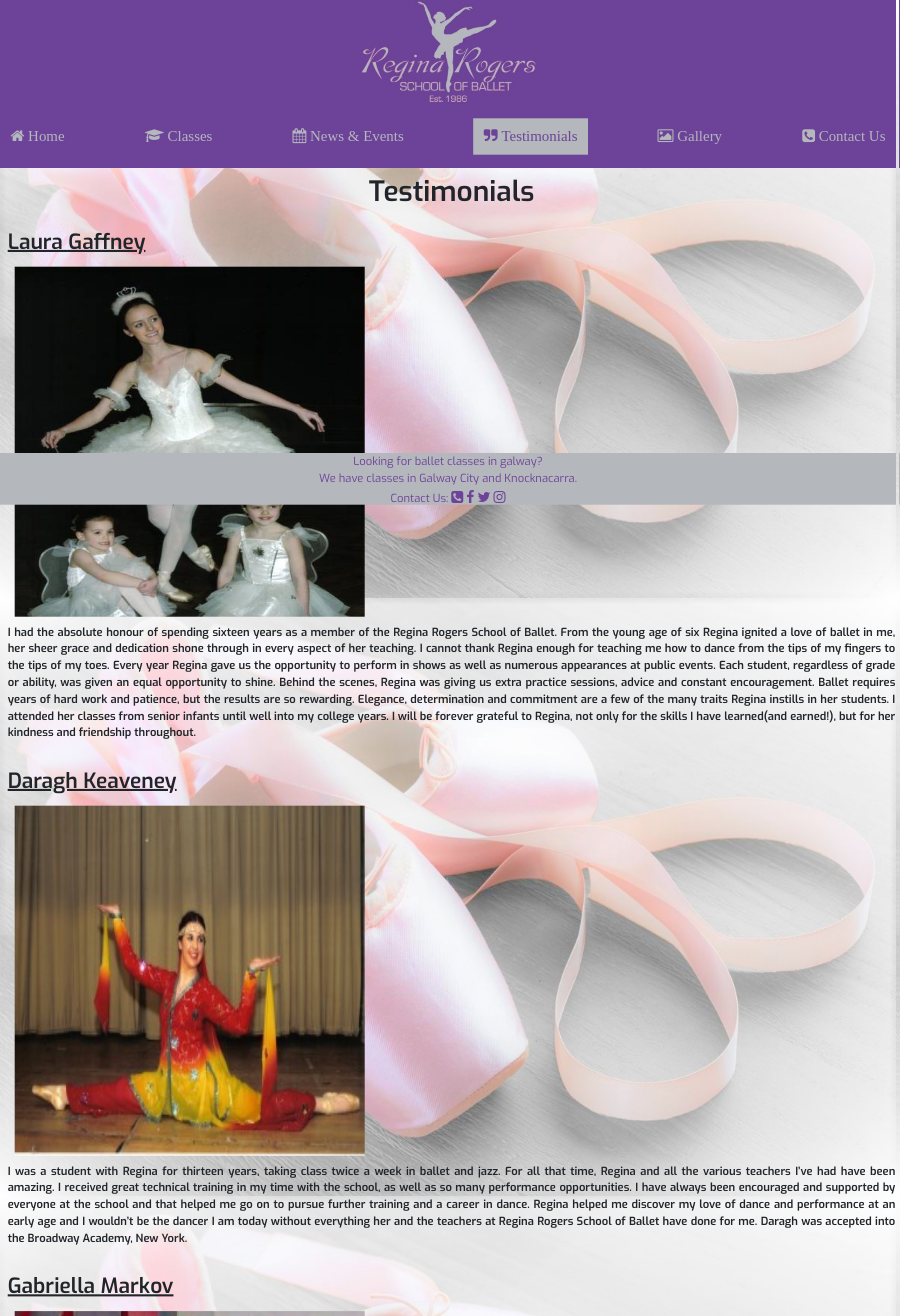
Repository: davidtmiller2010/galwayballet
Page: Testimonial.html
The author's editor kept a record of every edit. The page is drawn from the files as they stood at one moment, then again after the next edit.
The browser window is 1280 px wide. The page is 1285 px wide, then 1280 px, so the pictures cover 1285 px, including what lies to the right of the window. The pictures show the part of the page from y = 0 to 1880 px (the page is 3294 px tall before and 3219 px after), at 70% of full size.

Above is the page before.

### Testimonial.html
<!DOCTYPE html>
<html lang="en">

<head>
    <meta charset="UTF-8">
    <meta name="viewport" content="width=device-width, initial-scale=1.0">
    <meta http-equiv="X-UA-Compatible" content="ie=edge">
    <link rel="stylesheet" href="https://stackpath.bootstrapcdn.com/bootstrap/4.3.1/css/bootstrap.min.css" type="text/css" />
    <link rel="stylesheet" href="https://stackpath.bootstrapcdn.com/font-awesome/4.7.0/css/font-awesome.min.css" type="text/css" />
    <link rel="stylesheet" href="assets/CSS/style1.css" type="text/css" />
    <link href="https://fonts.googleapis.com/css?family=Exo|Roboto" rel="stylesheet">
    <link href="https://fonts.googleapis.com/css?family=Dancing+Script" rel="stylesheet">
    <title>Regina Rogers</title>
</head>

<body>
    <header>
        <div>
            <li><i class="bars fa fa-bars"> MENU </i></li>
            <div class="logo">
            <!---logo--->
        </div>
        </div>
        <div>
            <ul class="navbar">
                <li><a href="index.html" class=" col-12  col-2"><i class="fa fa-home fa-lg"> Home</i></a></li>
                <li><a href="Classes.html" class=" col-12  col-2"><i class="fa fa-graduation-cap fa-lg"> Classes</i></a></li>
                <li><a href="News.html" class=" col-12  col-2"><i class="fa fa-calendar fa-lg"> News & Events</i></a></li>
                <li><a href="Testimonial.html" class="active col-12  col-2"><i class="fa fa-quote-right fa-lg"> Testimonials</i></a></li>
                <li><a href="Gallery.html" class=" col-12  col-2"><i class="fa fa-image fa-lg"> Gallery</i></a></li>
                <li><a href="Contact.html" class=" col-12  col-2"><i class="fa fa-phone-square fa-lg"> Contact Us</i></a></li>
            </ul>
            </div>
    </header>
    <section class="container-fluid">
        <h2 class=heading>Testimonials</h2>
        <div class="row">
            <div class="testimonials">
                <h5 class="testhead">Laura Gaffney</h5>
                <img src="assets/images/laura.jpg" class="image">
                <p>I had the absolute honour of spending sixteen years as a member of the Regina Rogers School of Ballet. From the young age of six Regina ignited a love of ballet in me, her sheer grace and dedication shone through in every aspect of her
                    teaching. I cannot thank Regina enough for teaching me how to dance from the tips of my fingers to the tips of my toes. Every year Regina gave us the opportunity to perform in shows as well as numerous appearances at public events.
                    Each student, regardless of grade or ability, was given an equal opportunity to shine. Behind the scenes, Regina was giving us extra practice sessions, advice and constant encouragement. Ballet requires years of hard work and patience,
                    but the results are so rewarding. Elegance, determination and commitment are a few of the many traits Regina instills in her students. I attended her classes from senior infants until well into my college years. I will be forever grateful
                    to Regina, not only for the skills I have learned(and earned!), but for her kindness and friendship throughout.</p>

                </div>
            <div class="col-sm-1">
            </div>
            <div class="testimonials">
                <h5 class="testhead">Daragh Keaveney</h5>
                <img src="assets/images/Daragh.jpg" class="image" >
                <p>I was a student with Regina for thirteen years, taking class twice a week in ballet and jazz. For all that time, Regina and all the various teachers I’ve had have been amazing. I received great technical training in my time with the school,
                    as well as so many performance opportunities. I have always been encouraged and supported by everyone at the school and that helped me go on to pursue further training and a career in dance. Regina helped me discover my love of dance
                    and performance at an early age and I wouldn’t be the dancer I am today without everything her and the teachers at Regina Rogers School of Ballet have done for me. Daragh was accepted into the Broadway Academy, New York.</p>
            </div>

            <div class="testimonials">
                <h5 class="testhead">Gabriella Markov</h5>
                <img src="assets/images/gabriella.jpg" class="image">
                <p>“I’ve loved my year with Regina Rogers School of Ballet SO much, I don’t think I’ve ever loved Ballet more—-I’ve learned so much from brilliant teachers. The atmosphere is always fantastic, the girls were always kind to me, I’ve had fun
                    every time and I’ve learned twice as much from this atmosphere than any nasty one! One of the best experiences of my life was appearing on stage with the Perm State Ballet of Russia——-I will never ever forget it. Thank you for giving
                    me all those experiences”. Thank you for inspiring me. Senior student Gabriella Markov who returned home to Australia.</p>
            </div>
            <div class="col-sm-1">
            </div>
            <div class=" testimonials">
                <h5 class="testhead">Catherine Walsh</h5>
                <img src="assets/images/Catherine.jpg" class="image">
                <p>I began ballet at the age of 6 at the Regina Rogers School of Ballet and it was there that I developed my love for ballet. I gained great experiences from my time there, getting the opportunities to do summer schools with Russian trained
                    dancers was what made me want to go on and study ballet further at a more serious level. I loved all the opportunities we got to perform at all kinds of events and I am extremely grateful to Regina for all the help and support she
                    has given me over the 12 years I attended the school. Catherine went on to study ballet through College of Dance Dublin and London Studio Centre.</p>

            </div>
        </div>
    </section>
    <footer>
        <div class="footermessage">
            <h7 class="uppercase general">Looking for ballet classes in galway?</h7><br/>
            <p class="inline-block footermessage">
                    We have classes in Galway City and Knocknacarra.
                    <br>
                    Contact Us:
                    <a href="Contact.html" target="_blank">
                     <i class="fa fa-phone-square infobutton" aria-hidden="true"></i>
                    </a>
                        <a target="_blank" href="https://www.facebook.com/Regina-Rogers-School-of-Ballet-568812096482190/">
                            <i class="fa fa-facebook infobutton " aria-hidden="true"></i>
                            <span class="sr-only">Facebook</span>
                        </a>
                        <a target="_blank" href="https://twitter.com/Twitter">
                            <i class="fa fa-twitter infobutton " aria-hidden="true"></i>
                            <span class="sr-only">Twitter</span>
                        </a>
                        <a target="_blank" href="https://www.instagram.com/instagram/">
                            <i class="fa fa-instagram infobutton " aria-hidden="true"></i>
                            <span class="sr-only">Instagram</span>
                        </a>
                </p>
        </div>
    </footer>
    <script src="app.js"></script>
    <script src="https://code.jquery.com/jquery-3.3.1.slim.min.js" integrity="sha384-q8i/X+965DzO0rT7abK41JStQIAqVgRVzpbzo5smXKp4YfRvH+8abtTE1Pi6jizo" crossorigin="anonymous"></script>
    <script src="https://cdnjs.cloudflare.com/ajax/libs/popper.js/1.14.7/umd/popper.min.js" integrity="sha384-UO2eT0CpHqdSJQ6hJty5KVphtPhzWj9WO1clHTMGa3JDZwrnQq4sF86dIHNDz0W1" crossorigin="anonymous"></script>
    <script src="https://stackpath.bootstrapcdn.com/bootstrap/4.3.1/js/bootstrap.min.js" integrity="sha384-JjSmVgyd0p3pXB1rRibZUAYoIIy6OrQ6VrjIEaFf/nJGzIxFDsf4x0xIM+B07jRM" crossorigin="anonymous"></script>

</body>

### assets/CSS/style1.css
@import url('https://fonts.googleapis.com/css?family=Exo:100,200,300,400,500,600,700|Roboto:100,200,300,400,500,600,700');

/*----------colors---------*/

.bg-color-details {
    background: none;
    color: #6D4399;
}

.formbg {
    background: none;
}


.bg-color-contact {
    color: #6D4399;
    background: none;
}

.bars {
    background-color: #6D4399;
    color: #B4B7BC;
    margin-left: 10px;
    margin-top: 10px;
    padding: 0;
    top: 0;
    display: block;
    cursor: pointer;
    z-index: 1;
    position: fixed
}

/*----------Header---------*/

header {
    margin-bottom: 0;
}

/*.navbar {
    overflow: hidden;
    background-color: #6D4399;
    position: fixed;
    top: 0;
    width: 100%;
    height: 90px;
    padding: 0;
    float: right;
}*/

.icons {
    display: none;
}

ul {
    list-style-type: none;
    margin-bottom: 0;
    margin-top: 0;
    padding: 0;
    background-color: #6D4399;

}

li {
    float: left;
    list-style: none;
}

li a {
    display: block;
    color: #B4B7BC;
    text-align: center;
    padding: 14px 16px;
    text-decoration: none;
}

li a:hover:not(.active) {
    background-color: #B4B7BC;
}

li a:hover {
    color: white;
    background-color: #6D4399;
}

.active {
    background-color: #B4B7BC;
    color: #6D4399;
}


/*----------body---------*/

body {
    top: 20px;
    background-image: url("../images/balletshoes.jpg");
    background-size: 100%;
    font-family: "Exo", sans-serif;
}

.logo {
    background: #6D4399;
    background-image: url("../images/reginalogo3.jpg");
    background-position: center;
    background-repeat: no-repeat;
    background-size: contain;
    top: 0;
    width: 100%;
    position: fixed;
    height: 150px;
    padding: 0;
    margin: 0;
    z-index: 0;
}


.row {
    margin-left: 5px;
    margin-right: 5px;

}

.layout {
    z-index: -1;
}

.paragraph {
    margin: 10px 0;
    text-align: justify;
    text-justify: inter-word;
    font-family: "Exo", Times, serif;
    font-size: 10px;
    font-weight: 500;
    z-index: -1;
}

.galleryheight {
    margin: 10px 60px 10px 20px;
}

/*----------Footer---------*/

footer {
    background: #6D4399;
    color: #6D4399;
    padding-bottom: 10px;
    margin: 0;
    text-align: center;
    height: 50px;
    position:fixed;
    width:100%;
    bottom:23px;
}

.footermessage {
    background-color: #B4B7BC;
    margin: 0;
    height: 50px;
    padding: 0px;
}

.infobutton {
    background-color: #B4B7BC;
    font-size: 20px;
    color: #6D4399;
    margin: 0;
    margin-top: 5px;
    padding: 0;
    transition: all 0.5s ease-in-out;
    -moz-transition: all 0.5s ease-in-out;
    -webkit-transition: all 0.5s ease-in-out;
    -o-transition: all 0.5s ease-in-out;
}

.infobutton:hover {
    color: white;
}

/*----------Tables---------*/

table th {
    background: #6D4399;
    color: white;
    border: solid;
    border-color: #6D4399;
    text-align: center;
}

table td {
    border: solid;
    color: black;
    border-color: #6D4399;
}

#formstyle {
    width: 50%;
    display: inline-block;
    text-align: center;
    margin-left: 25%;
    margin-right: 25%;
}

.form-row {
    margin-top: 5px;
}

/*----------General---------*/

.headers {
    font-weight: 800;
    font-family: "Exo", sans-serif;
    text-align: center;
    text-decoration: underline;
}

.heading {
    font-weight: 600;
    font-family: "Exo", sans-serif;
    text-align: center;
    margin-top: 10px;
    font-size: 40px;

}

.headerstyle {
    font-weight: 700;
    font-family: "Exo", sans-serif;
    text-align: center;
    margin-bottom: 15px;
}

.testhead {
    font-weight: 600;
    font-family: "Exo", sans-serif;
    text-align: center;
    margin-top: 20px;
    font-size: 30px;
    text-decoration: underline;
}

.container-fluid {
    padding: 0;
    margin: 250px 5px 100px 5px;
    width: 100%;
}

.container-fluid1 {
    padding: 0;
    margin-top: 250px;
    margin-bottom: 25px;
    height: 100%;
    width: 100%;
}

.contact-heading {
    margin: 25px 0;
}

.gallery {
    width: 100%;
    text-align: center;
}

.news {
    z-index: -1;
    font-weight: 600;
    text-align: center;
    margin: 10px 0 20px 0px;
}

.newsheader {
    margin-top: 10px;
    text-align: center;
    text-decoration: underline;
    font-weight: bold;
    color: #696969;
}

.bordernews {
    border-style: solid;
    border-width: 1px;
    font-weight: 600;
}

/*----------Testimonials---------*/

.testimonials {
    padding: 0;
    margin: 5px;
    width: 100%;
    text-align: justify;
    z-index: -1;
    font-weight: 600;
    font-family: "Exo", sans-serif;
}

.image {
    width: 200px;
    height: 200px;
    margin: 5px 80px;
}

/*----------Media Queries---------*/

@media screen and (max-width: 767px)
/* Mobile */

    {

    ul {
        font-size: 8px;
    }

    nav ul a {
        margin-right: 60%;
        display: inline-block;
    }

    .fontsize {
        font-size: 10px;
        margin-bottom: 25px;
        text-align: justify;
        margin-right: 10px;
    }

    .footermessage {
        font-size:15px;
    }

    .center {
        width: 50%;
        display: block;
        margin-left: auto;
        margin-right: auto;
        height: 50%;
    }

    .table {
        border: solid;
        width: 90%;
        height: 100%;
        color: black;
        border-color: #6D4399;
        margin-left: 10%;
        margin-right: 10%;
        background-color: #B4B7BC;
        overflow: auto;
        font-size: 10px;
    }

    .responsive {
        overflow: auto;
        height: 100%;
        width: 340px;
        margin: 0;

    }

    .picdimensions {
        width: 200px;
        height: 150px;
    }

    .parastyle {
        font-size: 15px;
    }

    .navbar {
        display: flex;
        flex-direction: column;
        align-items: center;
        background-color: #6D4399;
        position: fixed;
        top: 25px;
        width: 35%;
        height: 300px;
        padding: 0;
        float: right;
        transform: translateX(-100%);
        transition: transform 1s ease-in-out;
    }

    .navbar-active {
        transform: translateX(0);
    }

    #formstyle {
        width: 80%;
        display: inline-block;
        text-align: center;
        margin-left: 10%;
        margin-right: 10%;
    }

    .textsize {
        font-size: 15px;
    }


}

@media screen and (min-width: 768px) and (max-width: 991px)
/* Tablet */

    {

    ul {
        font-size: 10px;
    }

    .bars {
        display: none;
    }

    nav ul a {
        margin-right: 25%;
        display: inline-block;
    }

    .gallery {

        width: 49%;
        text-align: center;
    }

    .testimonials {
        padding: 0;
        margin: 1px;
        /*width: 100%;*/
        text-align: justify;
        z-index: -1;
        font-weight: 600;
        font-family: "Exo", sans-serif;
    }

    .image {
        width: 400px;
        height: 250px;
        margin: 10px;
        align-items: center;
    }

    .center {
        width: 60%;
        display: block;
        margin: 5px 20% 5px 20%;
        height: 50%;
        text-align: center;
    }

    .fontsize {
        font-size: 20px;
        margin-bottom: 20px;
        margin-right: 10px;
        text-align: justify;
    }

    .newsheader {
        margin-top: 10px;
        text-align: center;
        text-decoration: underline;
        font-weight: bold;
        color: #191970;
        font-size: 30px;
    }

    .table {
        border: solid;
        width: 100%;
        height: 100%;
        color: black;
        border-color: #6D4399;
        margin-left: 10%;
        margin-right: 10%;
        background-color: #B4B7BC;
        overflow: auto;
    }

    .responsive {
        overflow: auto;
        height: 100%;
        width: 660px;
        margin-left: 10px;
        margin-right: 10px;

    }

    .picdimensions {
        width: 300px;
        height: 200px;
    }

    .paragraph {
        margin: 10px 0;
        text-align: justify;
        text-justify: inter-word;
        font-family: "Exo", Times, serif;
        font-size: 20px;
        font-weight: 500;
        z-index: -1;
    }

    .navbar {
        overflow: hidden;
        background-color: #6D4399;
        position: fixed;
        top: 150px;
        width: 100%;
        height: 90px;
        padding: 0;
        float: right;
    }
    header {
        margin-bottom: 90px;
    }

    .testhead {
        text-align: left;
    }
}

@media screen and (min-width: 992px)
/* Desktop */

    {
    .bars {
        display: none;
    }


    .gallery {
       margin:10px 30px 10px 30px;
        text-align: center;
        width:400px;
        height:300px;
    }

    .testimonials {
        padding: 0;
        margin: 1px;
        width: 100%;
        text-align: justify;
        z-index: -1;
        font-weight: 600;
        font-family: "Exo", sans-serif;
    }

    .image {
        width: 500px;
        height: 500px;
        margin: 10px;

    }

    .center {
        width: 600px;
        display: block;
        margin: 10px 30px 10px 60px;
        height: 300px;
        text-align: center;

    }

    .fontsize {
        font-size: 25px;
        margin-bottom: 10px;
        text-align: justify;
        margin-right: 10px;
    }

    .newsheader {
        margin-top: 10px;
        text-align: left;
        text-decoration: underline;
        font-weight: bold;
        color: #6D4399;
        font-size: 40px;
    }

    .table {
        border: solid;
        width: 100%;
        height: 100%;
        color: black;
        border-color: #6D4399;
        background-color: #B4B7BC;
        overflow: auto;
    }

    .responsive {
        overflow: auto;
        height: 100%;
        width: 90%;
        margin-left: 5%;
        margin-right: 5%;

    }

    .picdimensions {
        width: 450px;
        height: 300px;
    }

    .paragraph {
        margin: 10px 0;
        text-align: justify;
        text-justify: inter-word;
        font-family: "Exo", Times, serif;
        font-size: 23px;
        font-weight: 500;
        z-index: -1;
    }

    .navbar {
        overflow: hidden;
        background-color: #6D4399;
        position: fixed;
        top: 150px;
        width: 100%;
        height: 90px;
        padding: 0;
        float: right;
    }

    header {
        margin-bottom: 90px;
    }

    .testhead {
        text-align: left;
    }

}

### app.js
// JavaScript File
const navbarSlide = () => {
    const bars = document.querySelector('.bars');
    const navbar = document.querySelector('.navbar');

    bars.addEventListener('click', () => {
        navbar.classList.toggle('navbar-active');
    })
}

navbarSlide();

After the next edit:
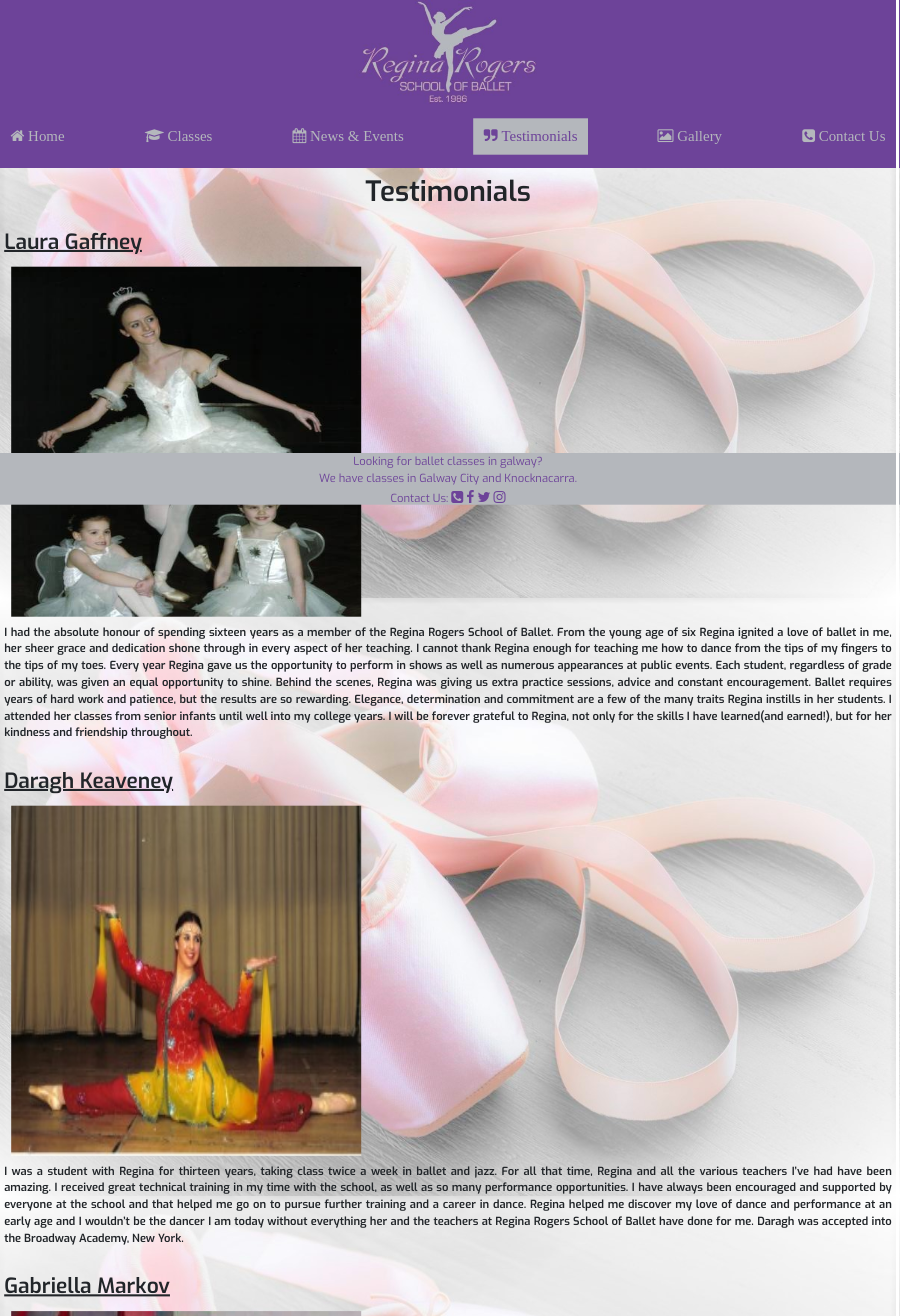
The edit:
--- a/Testimonial.html
+++ b/Testimonial.html
@@ -32,7 +32,7 @@
             </ul>
             </div>
     </header>
-    <section class="container-fluid">
+    <section class="container-fluid1">
         <h2 class=heading>Testimonials</h2>
         <div class="row">
             <div class="testimonials">
